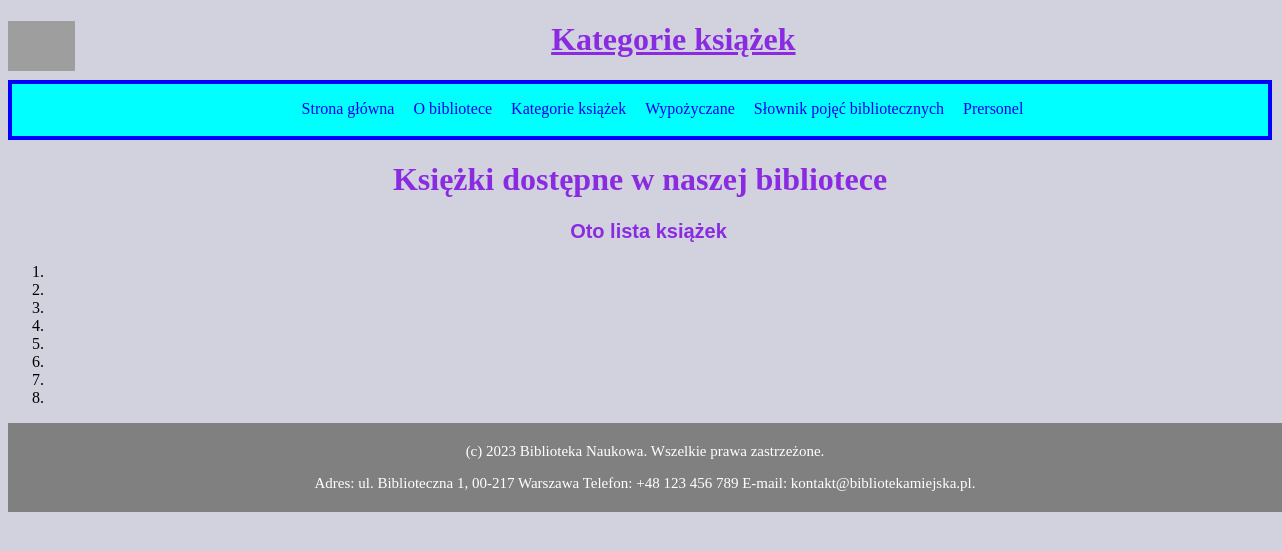
Repository: Dominik098/projekt
Page: http://localhost/biblioteka/C_Kategorie książek.jsp
An editor plug-in stored every save of this project. The page is shown before and after the next save, followed by the edit.
The browser window is 1280 px wide. The page is 1282 px wide, so the pictures cover 1282 px, including what lies to the right of the window. The pictures show the whole page.
Pictures or frames that could not be fetched are drawn as grey boxes. The page is served by Tomcat 9. Other server files are loaded and not shown.

Above is the page before, as saved 2023-04-02 16:54:36.

### java projekt/biblioteka/src/main/webapp/C_Kategorie książek.jsp
<%@ page language="java" contentType="text/html; charset=UTF-8"%>
 <!DOCTYPE html>
<html lang="en">

<head>
    <meta charset="UTF-8">
    <meta http-equiv="X-UA-Compatible" content="IE=edge">
    <meta name="viewport" content="width=device-width, initial-scale=1.0">
    <link rel="stylesheet" href="C_kategorie.css" type="text/css">

    <link rel="icon" type="image/png" href="3.png" sizes="96x96" />
    <title>Kategorie książek </title>
</head>

<body>
    <tr>
        <td align="center"><img src="logo.jpg" name="ksiazka" align="left" weight="90px" height="50px"></td>
    </tr>
    <h1>
        <center><u>Kategorie książek</u></center>
    </h1>
    <header>
        <nav>
            <ul>
                <li><a href="A_strona-gl.jsp">Strona główna</a></li>
                <li><a href="B_O bibiotece.jsp">O bibliotece</a></li>
                <li><a href="C_Kategorie książek.jsp">Kategorie książek </a></li>
                <li><a href="D_Wypożyczenia.jsp">Wypożyczane </a></li>
                <li><a href="E_Słownik pojęć.jsp">Słownik pojęć bibliotecznych</a></li>
                <li><a href="F_personel.jsp">Prersonel</a></li>
               <!-- <li><a href="G_login.jsp">Logowanie</a></li>
                <li><a href="H_rejestracja.jsp">Rejestracja</a></li>-->
            </ul>

        </nav>

    </header>
    <h1>Księżki dostępne w naszej bibliotece</h1>
    <h3>Oto lista książek</h3>
    <span>
    <ol id="baza-danych">
        <li></li>
        <li></li>
        <li></li>
        <li></li>
        <li></li>
        <li></li>
        <li></li>
        <li></li>
    </ol>
</span>


    <footer>
        <p>(c) 2023 Biblioteka Naukowa. Wszelkie prawa zastrzeżone.</p>
        <p>Adres: ul. Biblioteczna 1, 00-217 Warszawa Telefon: +48 123 456 789  E-mail: kontakt@bibliotekamiejska.pl.</p>

    </footer>



</body>

</html>

### java projekt/biblioteka/src/main/webapp/C_kategorie.css
body {
    background-color: rgb(210, 210, 222);

}

header {
    border: 4px;
    background-color: aqua;
    border: 4px solid blue;
    padding-bottom: 2px;
}



h1 {
    text-align: center;
    color: blueviolet;

}

h3 {
    text-align: center;
    margin-left: 17px;
    color: blueviolet;
    font-family: Arial;
    font-size: 20px;

}




ul li {
    display: inline;
    margin-left: 5px;
    padding: 5px;

}

ul {
    text-align: center;
}

a {
    padding-top: 5px;
    padding-bottom: 5px;
    text-decoration: none;
}






footer {
    text-align: center;
    font-size: 15px;
    color: white;
    background-color: gray;


    bottom: 0;
    margin-top: auto;
    width: 100%;
    padding: 5px;
}



table {
        background-color: #f9f9f9;
        border-collapse: collapse;
        width: 100%;
    }

    th, td {
        text-align: left;
        padding: 8px;
    }

    th {
        background-color: #4CAF50;
        color: white;
    }


    tr:hover {
  border-bottom: 2px solid red;
}


.pobierz{

  display: inline-block;
  padding: 10px 20px;
  font-size: 12px;
  font-weight: bold;
  text-align: center;
  text-transform: uppercase;
  color: #fff;
  background-color: #4CAF50;
  border: none;
  border-radius: 5px;
  box-shadow: 0 3px 6px rgba(0, 0, 0, 0.3);
  cursor: pointer;
  transition: background-color 0.3s ease;
}

.pobierz:hover {
  background-color: #0056b3;
}

.klik {
  background-color: transparent;
  border: none;
  cursor: pointer;
  background-color:  aqua;
  border: none;
  border-radius: 5px;
  box-shadow: 0 3px 6px rgba(0, 0, 0, 0.1);
  font-size: 11px;
  font-weight: bold;
  text-align: center;
}

.klik:hover {
  background-color: #0056b3;
  color: #ffffff;
}

.wyloguj{

  display: inline-block;
  padding: 10px 10px;
  font-size: 11px;
  font-weight: bold;
  text-align: center;
  text-transform: uppercase;
  color: black;
  background-color:  aqua;
  border: none;
  border-radius: 5px;
  box-shadow: 0 3px 6px rgba(0, 0, 0, 0.8);
  cursor: pointer;
  transition: background-color 0.3s ease;
}

.wyloguj:hover {
  background-color: #0056b3;
}
 .dodanie{
 display: inline-block;
  padding: 10px 10px;
  font-size: 11px;
  font-weight: bold;
  text-align: center;
  text-transform: uppercase;
  color: black;
  background-color:  rgb(210, 210, 222);
  border: none;
  border-radius: 5px;
  box-shadow: 0 3px 6px rgba(0, 0, 0, 0.6);
  cursor: pointer;
  transition: background-color 0.3s ease;

 }
 .dodanie:hover{
 background-color: #0056b3;
 }
#info{
	text-align: center;

}
 #info_przycisk {
        background-color: #4CAF50;
        color: #fff;
        border: none;
        padding: 5px 10px;
        border-radius: 4px;

        cursor: pointer;
        transition: background-color 0.3s ease;
    }

After the next save:
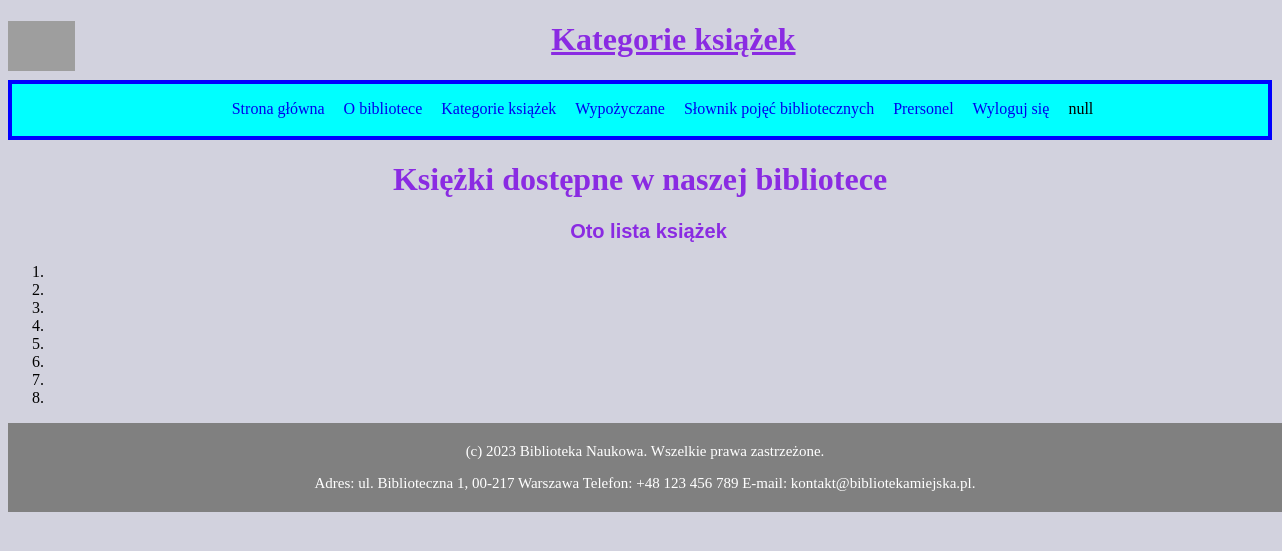
Saved 70 s later.
--- a/java projekt/biblioteka/src/main/webapp/C_Kategorie książek.jsp
+++ b/java projekt/biblioteka/src/main/webapp/C_Kategorie książek.jsp
@@ -30,6 +30,8 @@
                 <li><a href="F_personel.jsp">Prersonel</a></li>
                <!-- <li><a href="G_login.jsp">Logowanie</a></li>
                 <li><a href="H_rejestracja.jsp">Rejestracja</a></li>-->
+                <li><a href= "logout">Wyloguj się</a></li>
+                <li><a > <%=session.getAttribute("email-login") %> </a></li>
             </ul>
 
         </nav>
